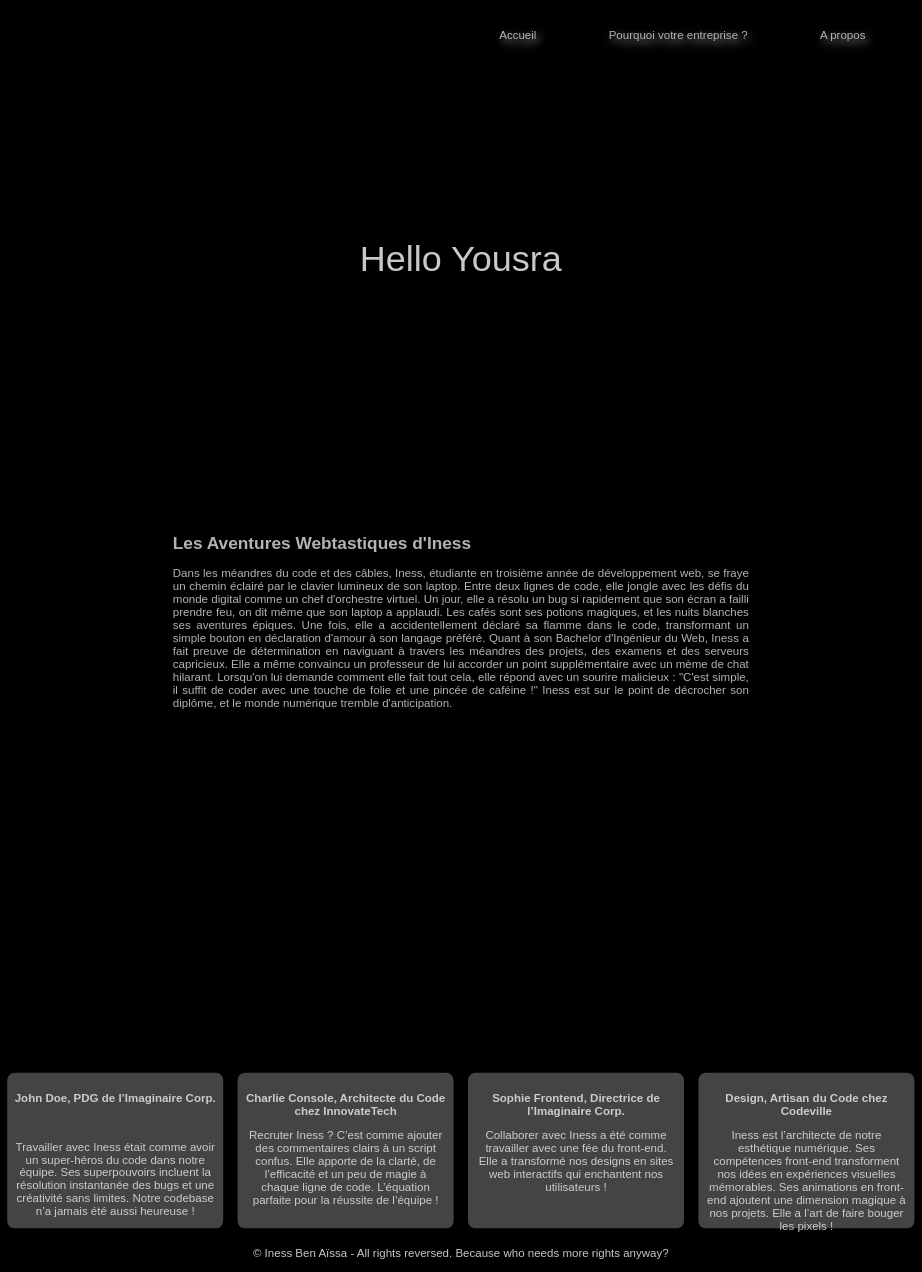
Repository: inessben/application
Page: index.html
An editor plug-in stored every save of this project. The page is shown before and after the next save, followed by the edit.
The browser window is 1280 px wide. The pictures show the whole page, at 72% of full size.

Above is the page before, as saved 2023-12-03 20:31:09.

### index.html
<!DOCTYPE html>
<html lang="en">
<head>
    <meta charset="UTF-8">
    <meta name="viewport" content="width=device-width, initial-scale=1.0">
    <!-- generate the icon -->
    <link rel="apple-touch-icon" sizes="180x180" href="/favicon/apple-touch-icon.png">
    <link rel="icon" type="image/png" sizes="32x32" href="/favicon/favicon-32x32.png">
    <link rel="icon" type="image/png" sizes="16x16" href="/favicon/favicon-16x16.png">
    <link rel="manifest" href="/favicon/site.webmanifest">
    <link rel="mask-icon" href="/favicon/safari-pinned-tab.svg" color="#5bbad5">
    <meta name="msapplication-TileColor" content="#da532c">
    <!--  -->
    <meta name="theme-color" content="#333333">
    <title>#slowlyApplication</title>
    <link rel="stylesheet" href="index.css">
</head>
<body>

    <section id="nav-header">
        <header class="nav-links">
            <a href="./index.html" class="link">Accueil</a>
            <a href="./company/company.html" class="link">Pourquoi votre entreprise ?</a>
            <a href="./about/about.html" class="link">A propos</a>
        </header>
    </section>

    <section id="interactive-section">
    <p id="text-content">Hello Yousra</p>
    </section>

    <section id="main-content">
        <h1>Les Aventures Webtastiques d'Iness</h1>
        <p>Dans les méandres du code et des câbles, Iness, étudiante en troisième année de développement web, se fraye un chemin éclairé par le clavier lumineux de son laptop. Entre deux lignes de code, elle jongle avec les défis du monde digital comme un chef d'orchestre virtuel. Un jour, elle a résolu un bug si rapidement que son écran a failli prendre feu, on dit même que son laptop a applaudi. Les cafés sont ses potions magiques, et les nuits blanches ses aventures épiques. Une fois, elle a accidentellement déclaré sa flamme dans le code, transformant un simple bouton en déclaration d'amour à son langage préféré.
        Quant à son Bachelor d'Ingénieur du Web, Iness a fait preuve de détermination en naviguant à travers les méandres des projets, des examens et des serveurs capricieux. Elle a même convaincu un professeur de lui accorder un point supplémentaire avec un mème de chat hilarant. Lorsqu'on lui demande comment elle fait tout cela, elle répond avec un sourire malicieux : "C'est simple, il suffit de coder avec une touche de folie et une pincée de caféine !" Iness est sur le point de décrocher son diplôme, et le monde numérique tremble d'anticipation.</p>
    </section>

    <section id="carousel-container">
        <section id="testimonial1">
            <p><strong>John Doe, PDG de l’Imaginaire Corp.</strong></p>
            <br>
            <p>Travailler avec Iness était comme avoir un super-héros du code dans notre équipe. Ses superpouvoirs incluent la résolution instantanée des bugs et une créativité sans limites. Notre codebase n’a jamais été aussi heureuse !</p>
        </section>

        <section id="testimonial2">
            <p><strong>Charlie Console, Architecte du Code chez InnovateTech</strong></p>
            <p>Recruter Iness ? C’est comme ajouter des commentaires clairs à un script confus. Elle apporte de la clarté, de l’efficacité et un peu de magie à chaque ligne de code. L’équation parfaite pour la réussite de l’équipe !</p>
        </section>

        <section id="testimonial3">
            <p><strong>Sophie Frontend, Directrice de l’Imaginaire Corp.</strong></p>
            <p>Collaborer avec Iness a été comme travailler avec une fée du front-end. Elle a transformé nos designs en sites web interactifs qui enchantent nos utilisateurs !</p>
        </section>

        <section id="testimonial4">
            <p><strong> Design, Artisan du Code chez Codeville</strong></p>
            <p>Iness est l’architecte de notre esthétique numérique. Ses compétences front-end transforment nos idées en expériences visuelles mémorables. Ses animations en front-end ajoutent une dimension magique à nos projets. Elle a l’art de faire bouger les pixels !</p>
        </section>
        </section>

        <footer>
            <p>© Iness Ben Aïssa - All rights reversed. Because who needs more rights anyway?</p>
        </footer>


    <script src="script.js"></script>
</body>
</html>

### index.css
body {
    margin: 0;
    /* overflow: hidden; */
    font-family: 'Arial', sans-serif;
    background-color: #000000;
    color: #c8c8c8;
    padding: 0;
}

#nav-header {
    position: absolute;
    top: 30px;
    right: 20px;
    font-size: 16px;
    font-weight: 500;
    padding: 10px;
}

.link {
    filter: drop-shadow(4px 5px 6px #b2b1b1);
    padding: 8px;
    text-decoration: none;
    color: #b3b3b3;
    margin: auto 40px;
}

.link:hover {
    opacity: 0.7;
}

#interactive-section {
    height: 100vh;
    font-size: 50px;
    display: flex;
    align-items: center;
    justify-content: center;
    background-color: #000000;
    transition: opacity 0.5s ease-in-out;
}

#main-content {
    height: 100vh;
    color: #b3b3b3;
    max-width: 800px;
    margin: 20px auto;
    text-align: justify;
    padding: 0 20px;
    transition: opacity 0.5s ease-in-out;
}


#carousel-container {
    display: flex;
    align-items: center;
    justify-content: center;
    display: flex;
    overflow-x: auto;
    }


#testimonial1,
#testimonial2,
#testimonial3,
#testimonial4{
    height: 30vh;
    width: 400px;
    justify-content: center;
    background: #565656;
    border-radius: 20px;
    margin: 10px;
    padding: 10px;
    box-sizing: border-box;
    color: #fff;
    border-radius: 10px;
    text-align: center;
    opacity: 0.8;
    }

footer{
    display: flex;
    align-items: center;
    justify-content: center;
}

### script.js
const textContent = document.getElementById('text-content')
const interactiveSection = document.getElementById('interactive-section')
const mainContent = document.getElementById('main-content')
const h1Element = document.querySelector('#main-content h1')
const pElement = document.querySelector('#main-content p')

document.addEventListener('keydown', function (event) {
    if (event.code === 'Space') {
        switch (textContent.innerText) {
            case 'Hello Yousra':
                textContent.innerText = 'Hello Yasmine'
                break
            case 'Hello Yasmine':
                textContent.innerText = 'Hello Chi Khanh'
                break
            case 'Hello Chi Khanh':
                textContent.innerText = '...Or anyone else from the team'
                break
            case '...Or anyone else from the team':
                textContent.innerText = 'Let me present you...'
                break
            default:
                console.log('mainContent')
                interactiveSection.style.opacity = '0'
                interactiveSection.style.pointerEvents = 'none'
                // mainContent.classList.add('display')
                break
        }

        setTimeout(() => {
            mainContent.style.opacity = '1'
            h1Element.style.opacity = '1'
            pElement.style.opacity = '1'
        }, 300) // Ajustez le délai si nécessaire
    }
});

After the next save:
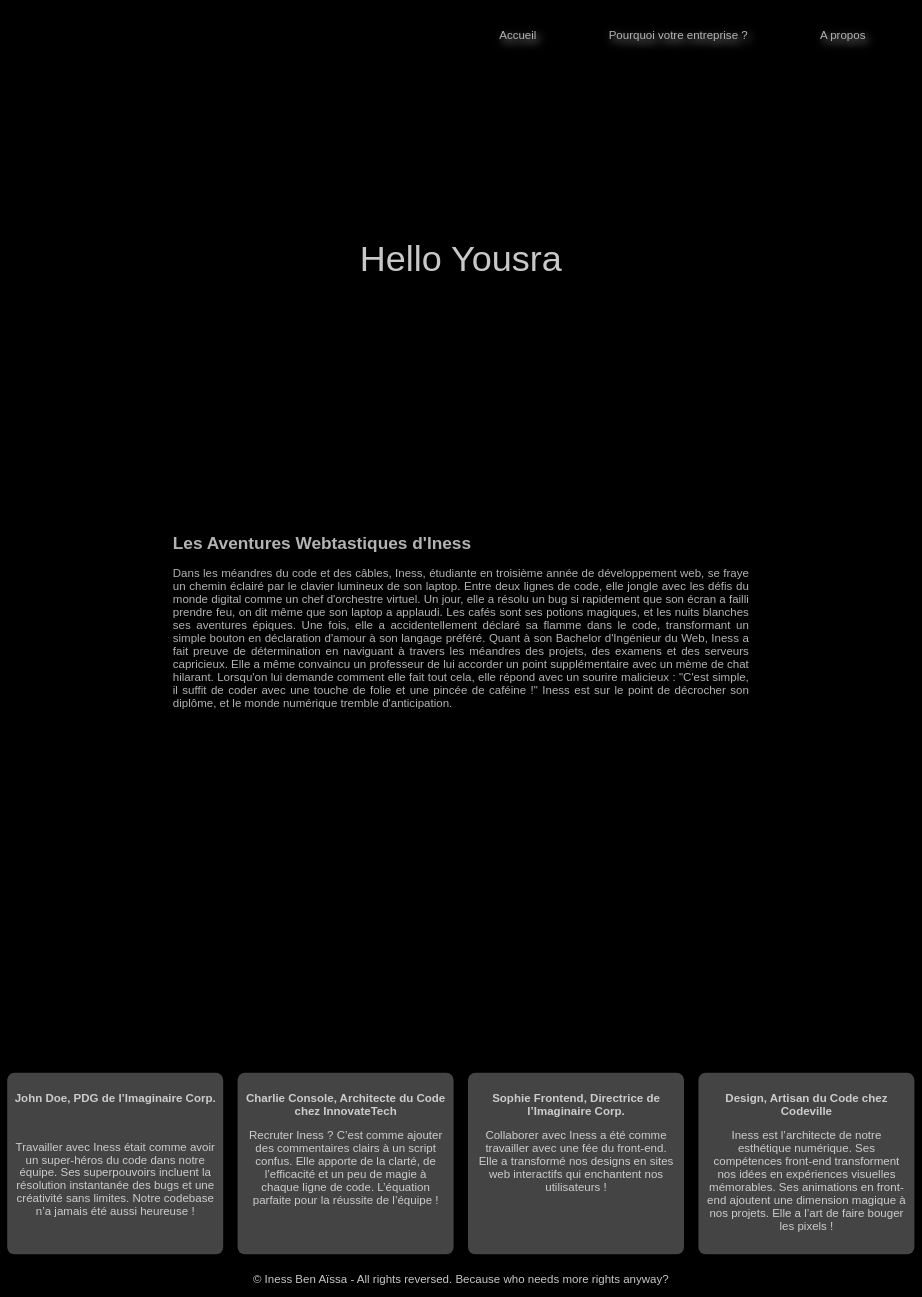
Saved 17 s later.
--- a/index.css
+++ b/index.css
@@ -62,8 +62,8 @@ body {
 #testimonial2,
 #testimonial3,
 #testimonial4{
-    height: 30vh;
-    width: 400px;
+    height: 35vh;
+    width: 300px;
     justify-content: center;
     background: #565656;
     border-radius: 20px;
